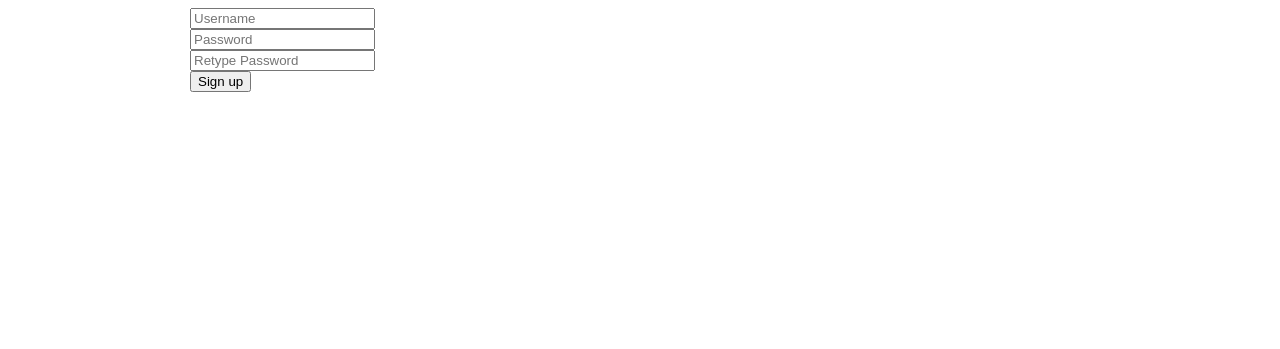
Repository: chathura226/SeekWork_Group_Project_I
Page: http://localhost/ui/signup.php
An editor plug-in stored every save of this project. The page is shown before and after the next save, followed by the edit.
The browser window is 1280 px wide. The pictures show the whole page.
The page is run by PHP 8.4 with error messages shown; the project is at /var/www/html/.

Above is the page before, as saved 2023-12-05 20:25:05.
Console error: TypeError: Cannot read properties of null (reading 'addEventListener')

After the next save:
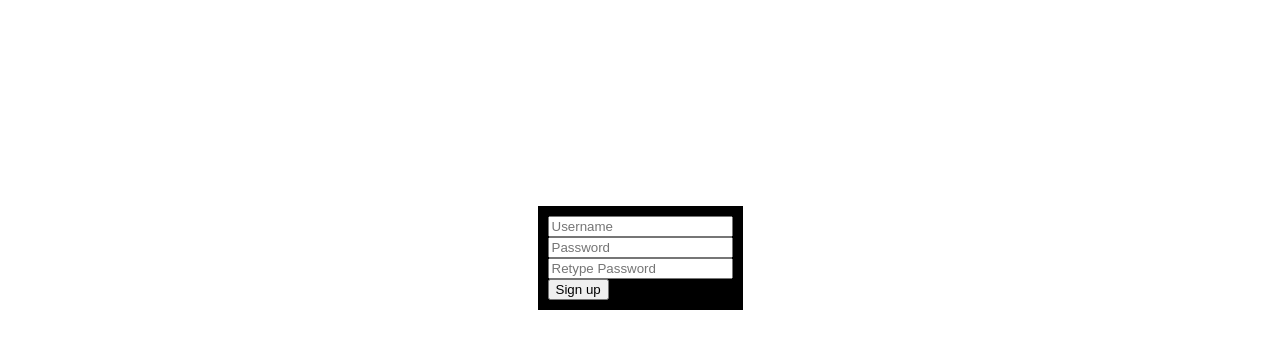
Saved 3 min 28 s later.
--- a/chat/ui/signup.php
+++ b/chat/ui/signup.php
@@ -23,10 +23,16 @@
             min-height: 500px;
             display: flex;
             margin:auto;
-            color:white;
+            color:grey;
             font-family:myfont;
             font-size:13px;
 
+        }
+
+        form{
+            margin:auto;
+            padding:10px;
+            background-color:black;
         }
 
 
